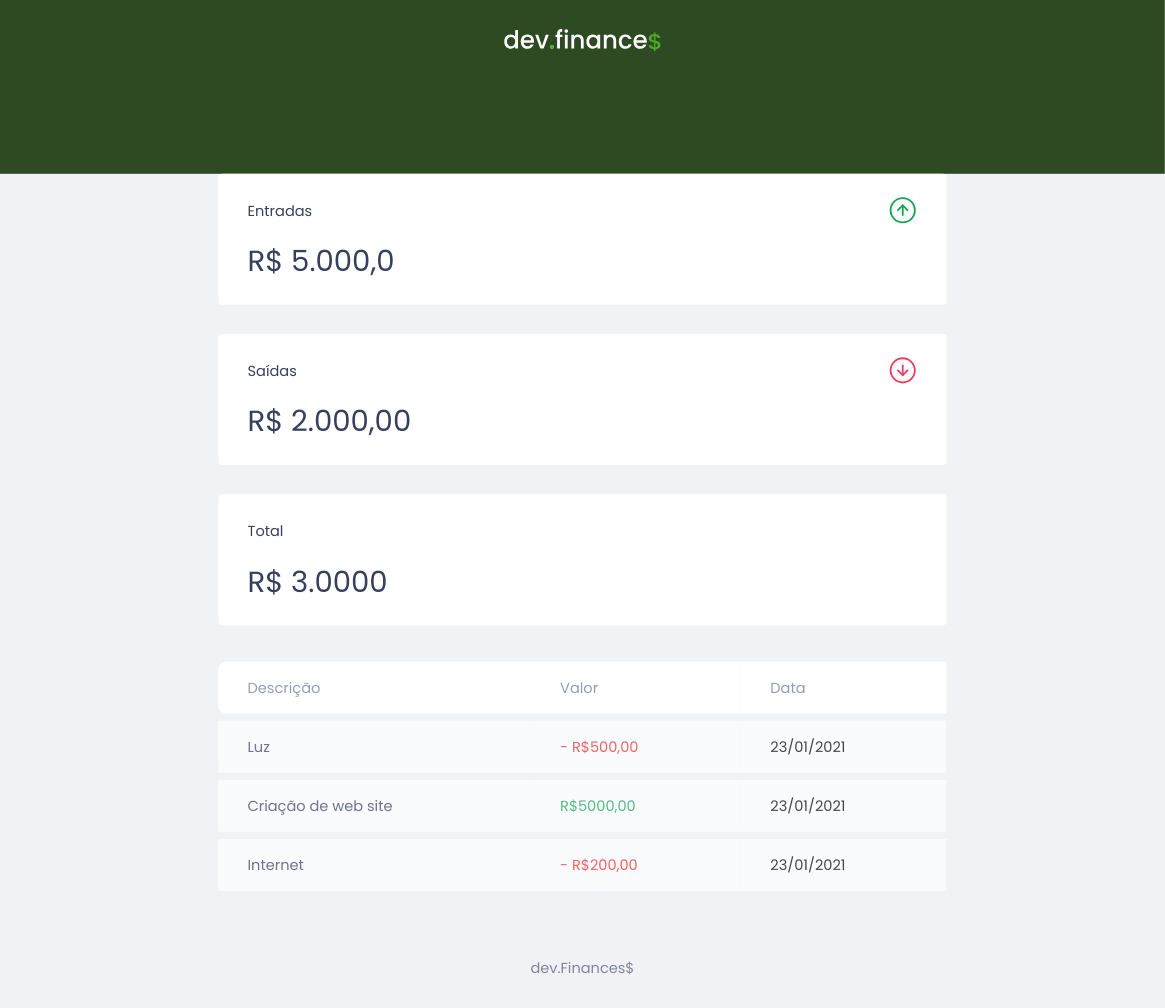
Repository: rafaelmgr12/maratona-dev01
Page: index.html
The author's editor kept a copy of each file at every save. The page is drawn from the files as they stood at one save, then again after the next save.
The browser window is 1280 px wide. The pictures show the whole page, at 91% of full size.

Above is the page before, as saved 2021-04-27 20:23:11.

After the next save:
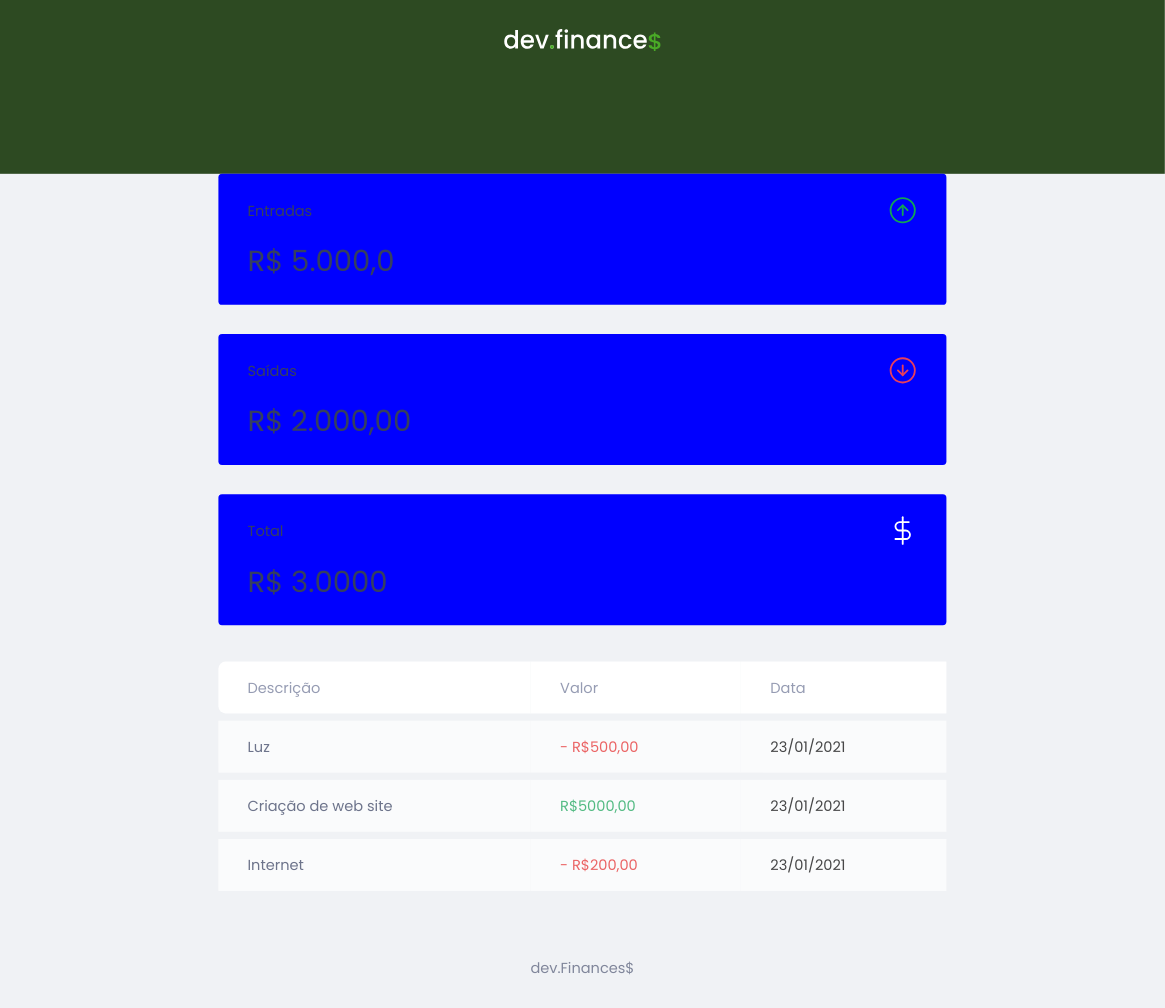
Saved 14 s later.
--- a/style.css
+++ b/style.css
@@ -63,7 +63,7 @@
 /* Cards ======================================== */
 
 .card {
-  background: white;
+  background: blue;
   padding: 1.5rem 2rem;
   border-radius: 0.25rem;
 

After the save that followed:
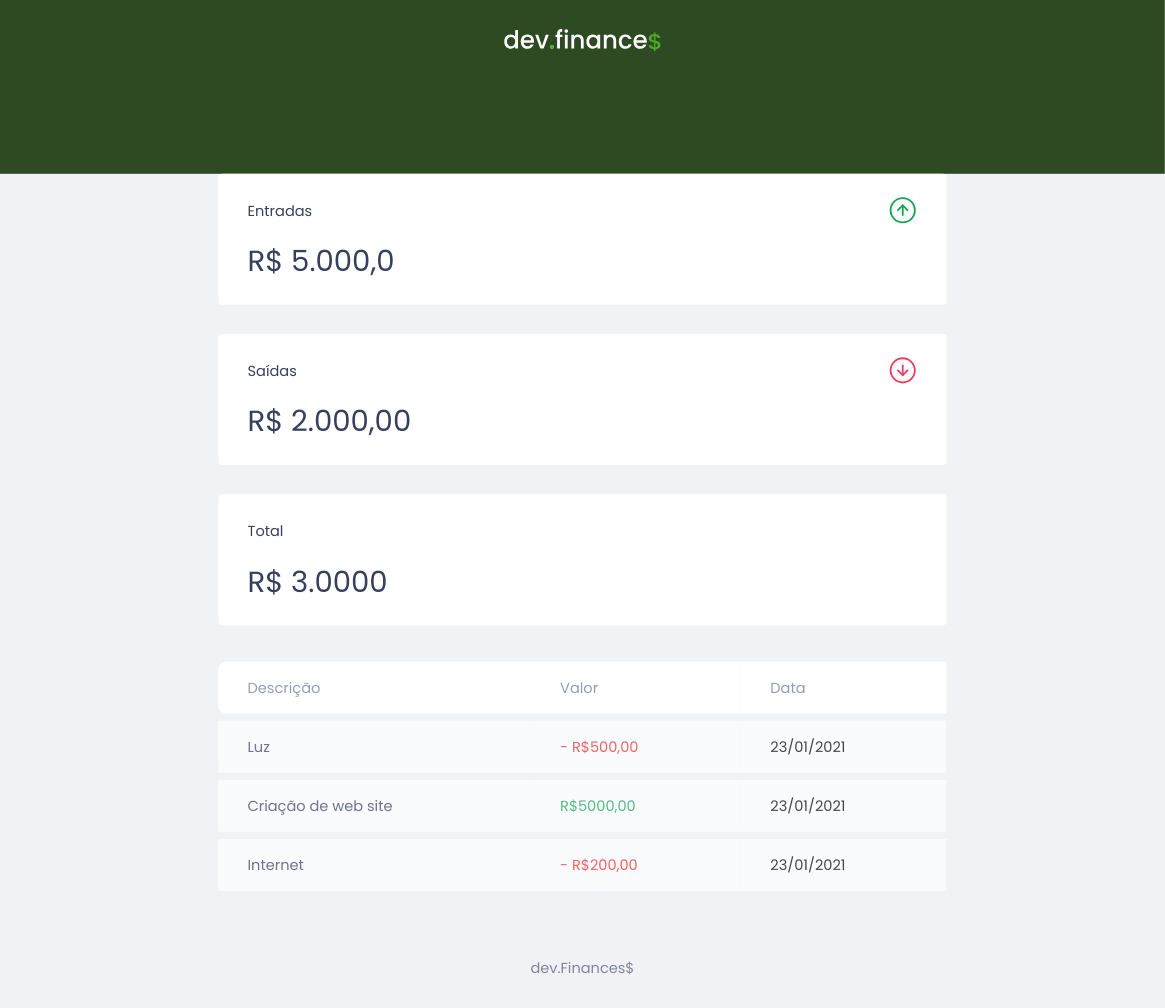
Saved 8 s later.
--- a/style.css
+++ b/style.css
@@ -63,7 +63,7 @@
 /* Cards ======================================== */
 
 .card {
-  background: blue;
+  background: white;
   padding: 1.5rem 2rem;
   border-radius: 0.25rem;
 
@@ -76,7 +76,6 @@
   font-weight: normal;
   font-size: 1rem;
   display : flex;
-
   align-items: center;
   justify-content: space-between;
 }
